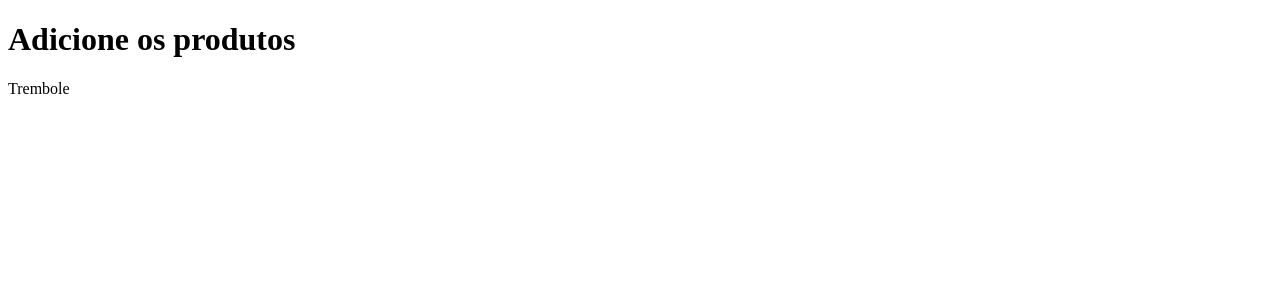
Repository: Leonngc/Lab
Page: confirm.html
An editor plug-in stored every save of this project. The page is shown before and after the next save, followed by the edit.
The browser window is 1280 px wide. The pictures show the whole page.

Above is the page before, as saved 2023-01-08 20:51:22.

### confirm.html
<!DOCTYPE html>
<html lang="pt-br">
<head>
    <meta charset="UTF-8">
    <meta http-equiv="X-UA-Compatible" content="IE=edge">
    <meta name="viewport" content="width=device-width, initial-scale=1.0">
    <link rel="stylesheet" href="https://cdnjs.cloudflare.com/ajax/libs/font-awesome/6.2.1/css/all.min.css" integrity="sha512-MV7K8+y+gLIBoVD59lQIYicR65iaqukzvf/nwasF0nqhPay5w/9lJmVM2hMDcnK1OnMGCdVK+iQrJ7lzPJQd1w==" crossorigin="anonymous" referrerpolicy="no-referrer" />
    <title>Document</title>
</head>
<body>
   <h1>Adicione os produtos</h1> <i class=""></i>

   <p>Trembole</p>
    <script src="js/confirm.js"></script>

</body>
</html>

Loaded but not shown: js/confirm.js (no stored copy; drawn as an empty file)

After the next save:
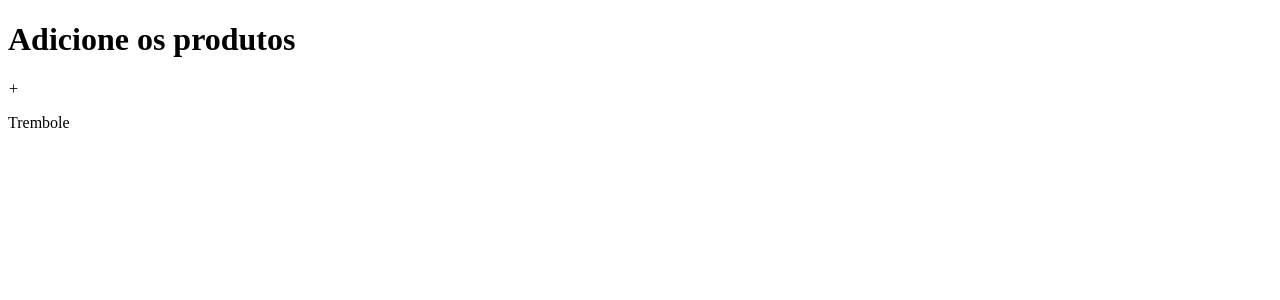
Saved 6 s later.
--- a/confirm.html
+++ b/confirm.html
@@ -8,7 +8,7 @@
     <title>Document</title>
 </head>
 <body>
-   <h1>Adicione os produtos</h1> <i class=""></i>
+   <h1>Adicione os produtos</h1> <i class="fa-thin fa-plus"></i>
 
    <p>Trembole</p>
     <script src="js/confirm.js"></script>

After the save that followed:
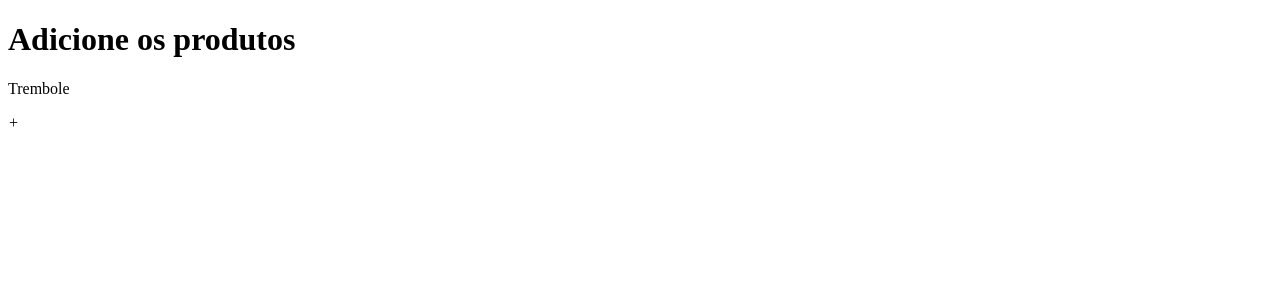
Saved 65 s later.
--- a/confirm.html
+++ b/confirm.html
@@ -8,9 +8,9 @@
     <title>Document</title>
 </head>
 <body>
-   <h1>Adicione os produtos</h1> <i class="fa-thin fa-plus"></i>
+   <h1>Adicione os produtos</h1>
 
-   <p>Trembole</p>
+   <p>Trembole</p><i class="fa-thin fa-plus"></i>
     <script src="js/confirm.js"></script>
 
 </body>
